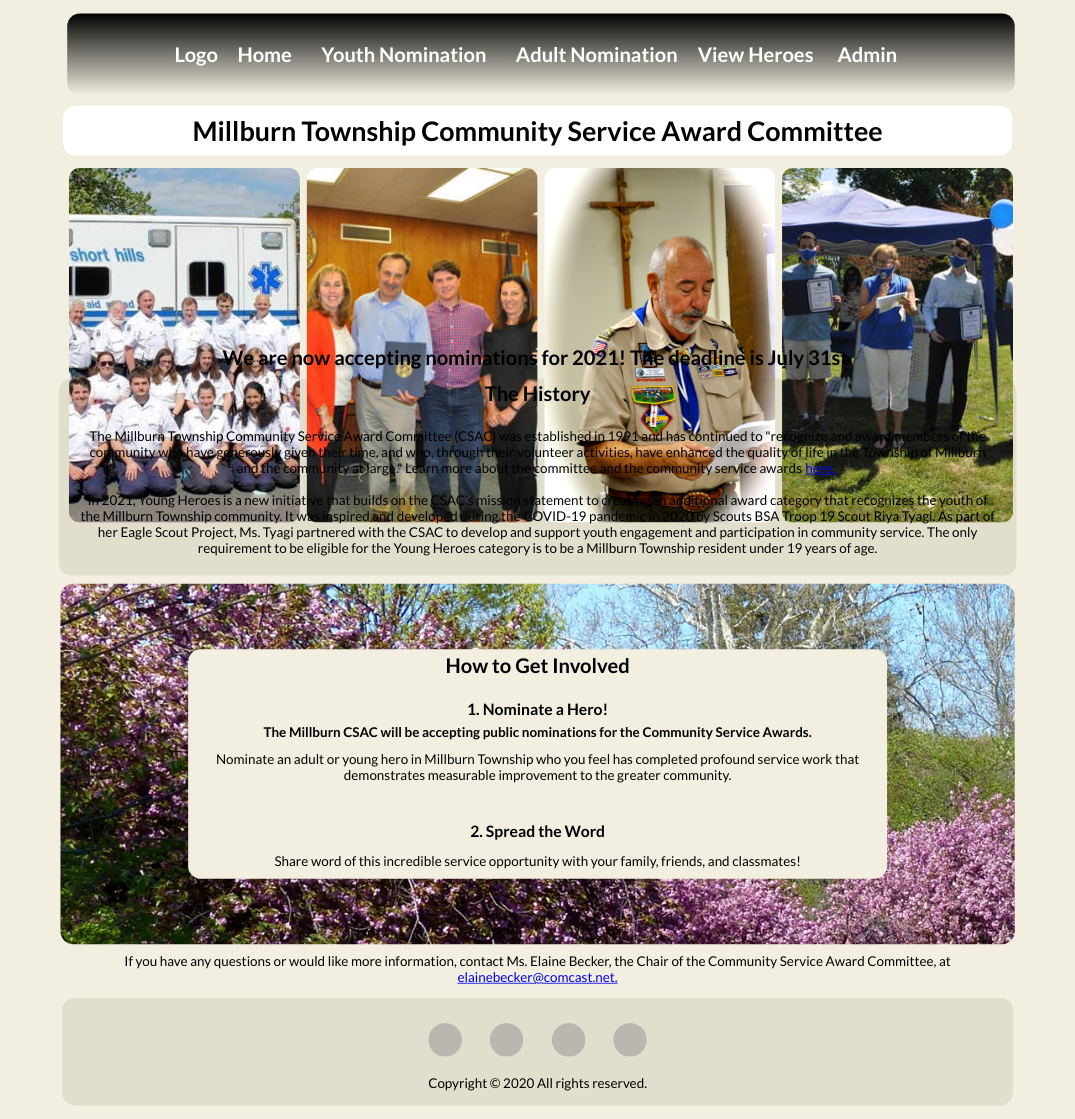
Repository: Centrattic/Young-Heroes-Website
Page: http://localhost/Frontend/home.php
An editor plug-in stored every save of this project. The page is shown before and after the next save, followed by the edit.
The browser window is 1280 px wide. The pictures show the whole page, at 84% of full size.
Pictures or frames that could not be fetched are drawn as grey boxes. The page is run by PHP 8.4 with error messages shown; the project is at /var/www/html/.

Above is the page before, as saved 2020-12-09 15:49:05.

After the next save:
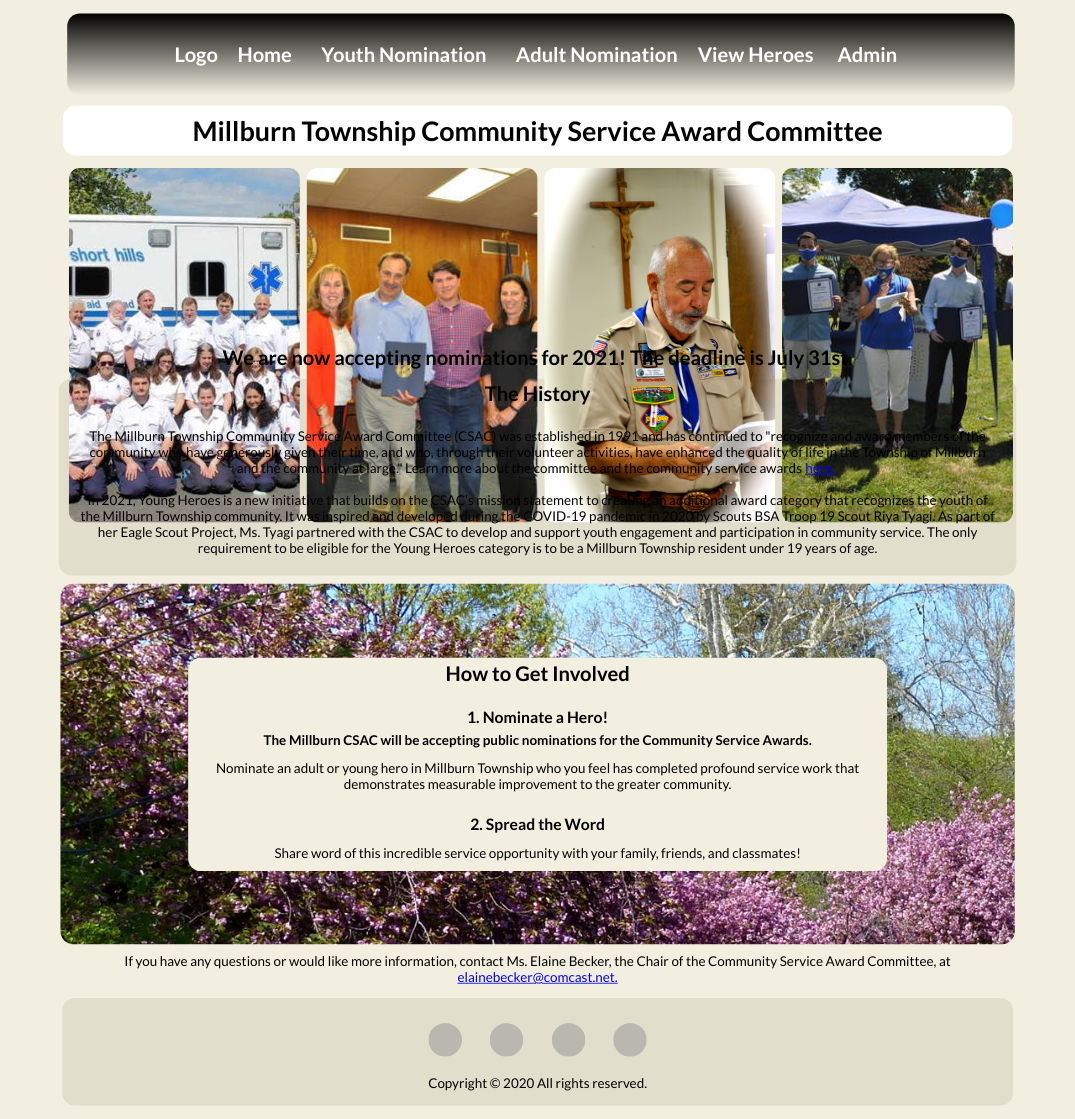
Saved 12 s later.
--- a/Eagle Project/Frontend/home.php
+++ b/Eagle Project/Frontend/home.php
@@ -102,7 +102,7 @@ require '../Backend/dbhconnect.php';
             <br>
               <h3> 1. Nominate a Hero!</h3>
               <h4> The Millburn CSAC will be accepting public nominations for the Community Service Awards.</h4>
-                <p> Nominate an adult or young hero in Millburn Township who you feel has completed profound service work that demonstrates measurable improvement to the greater community. <br><br><p>
+                <p> Nominate an adult or young hero in Millburn Township who you feel has completed profound service work that demonstrates measurable improvement to the greater community. <br><p>
                <h3>  2. Spread the Word </h3> <p>Share word of this incredible service opportunity with your family, friends, and classmates!</p>
                <!--<h3> 3. <a href = "https://forms.gle/pbJxUtVEzWF9bCSh6"> Volunteer </a></h3>  <p> Millburn Township Young Heroes is an Eagle Scout Project by Riya Tyagi of Troop 19. Volunteer to help her out! </p> -->
                <!-- <h3> 4.<a href = "https://gf.me/u/y3cpyf">Donate</a> </h3> <p> Donate to recognize heroes and their causes. We are very grateful for all donations. All money received will be used to purchase bronze
@@ -110,7 +110,8 @@ require '../Backend/dbhconnect.php';
                 </p>  -- Put this in explanation of Project --- part of narrative, footer  NICE
 
                 Any youth nominee will also
-                become a member of the inaugural class of Youth Heroes award winners. -->
+                become a member of the inaugural class of Youth Heroes award winners.
+                                The committee will be accepting nominations at all times of the year.-->
             </div>
     </div>
 
